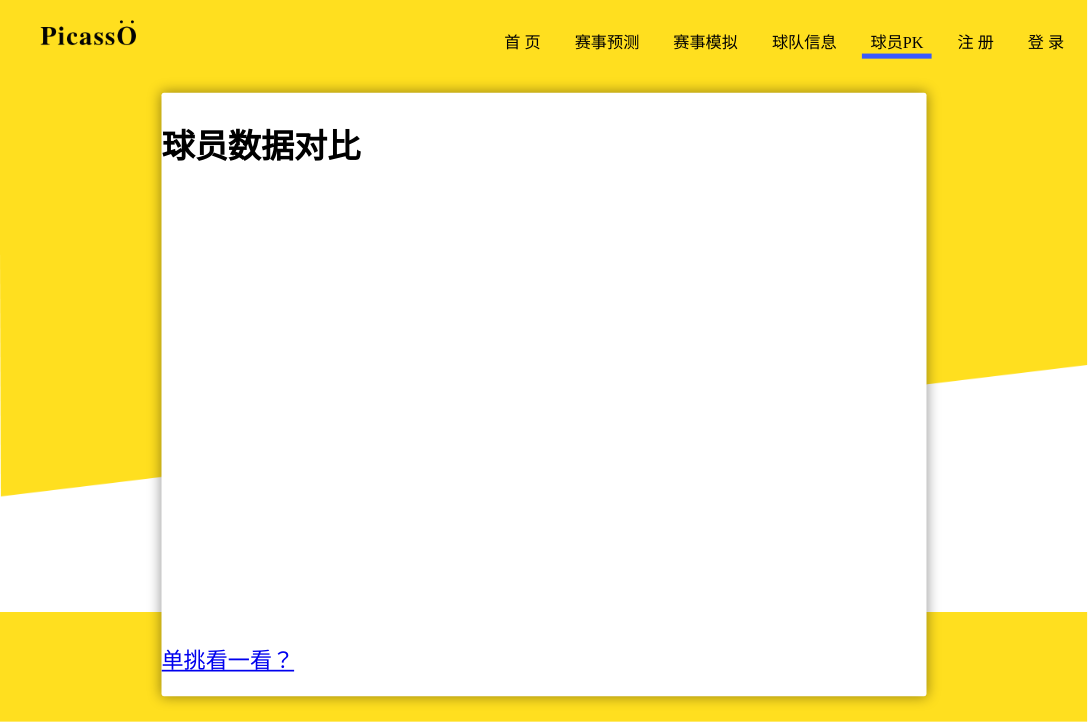
Repository: cciixx/nba-prediction-sys
Page: public/player_PK.html
An editor plug-in stored every save of this project. The page is shown before and after the next save, followed by the edit.
The browser window is 1280 px wide. The pictures show the whole page, at 85% of full size.
The page's requests for data from a server got no answer. Backgrounds fixed to the window are drawn as part of the page.

Above is the page before, as saved 2020-04-03 21:11:05.

After the next save:
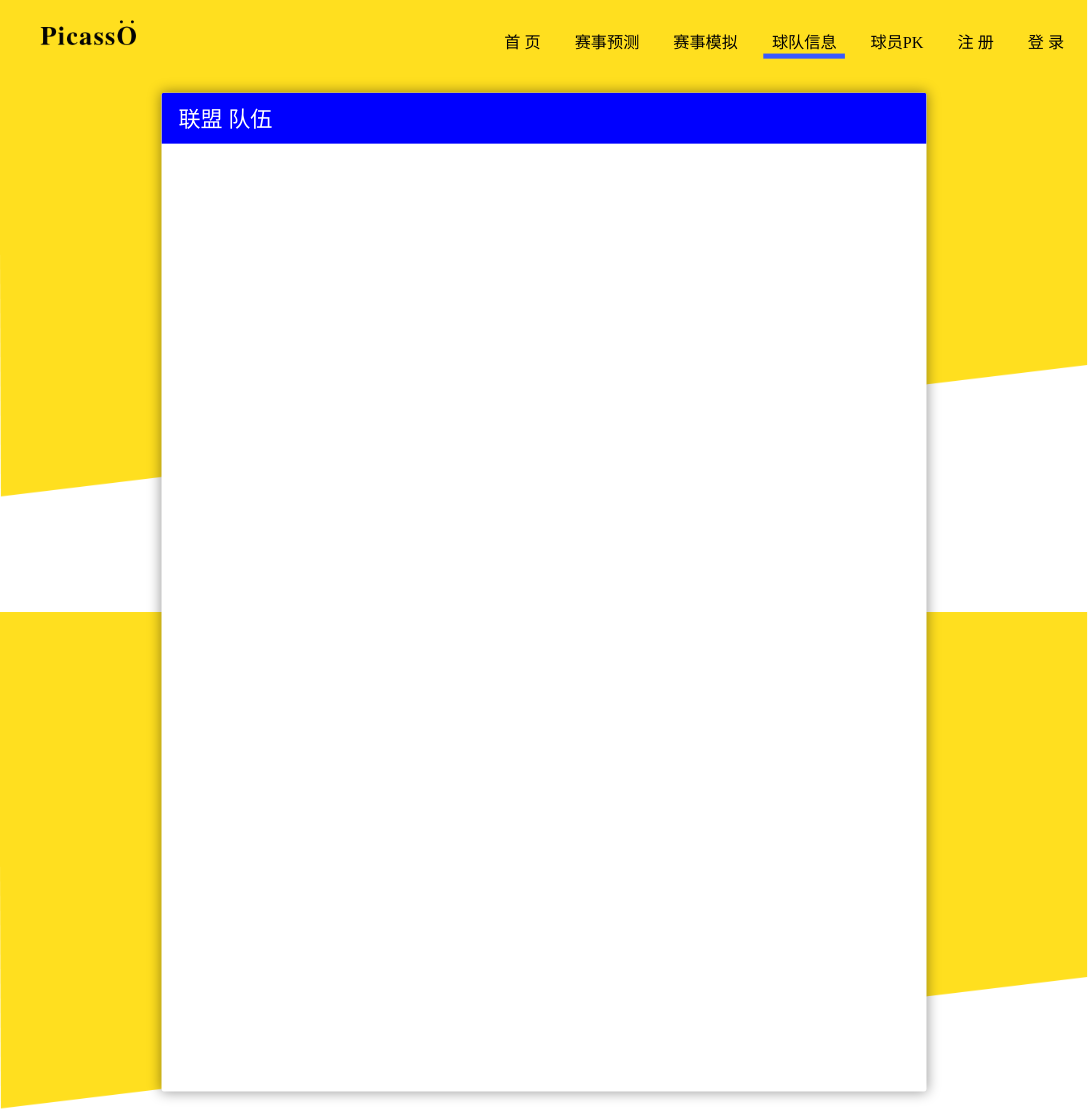
Saved 5 min 52 s later.
--- a/public/player_PK.html
+++ b/public/player_PK.html
@@ -2,10 +2,11 @@
 <html>
 <head>
 <meta charset="utf-8">
-<title>NBA预测系统-球员PK</title>
+<title>NBA预测系统-球队信息</title>
     <link  href="css/navl.css" rel="stylesheet" type="text/css">
-    <link  href="css/player_PK.css" rel="stylesheet" type="text/css">
-    <script  src="JS/echarts.min.js"></script>
+    <link  href="css/team_index.css" rel="stylesheet" type="text/css">
+    <script type="text/javascript" src="./JS/jquery-3.4.1.js"></script>
+    <script type="text/javascript" src="./JS/team_index.js"></script>
 	<style>
 		body{background-image: url(images/half_yellow.png);}
 	</style>
@@ -16,8 +17,8 @@
         <ul class='navl'>
             <li><a href="login.html">登 录</a></li>
             <li><a href="register.html">注 册</a></li>
-            <li style="border-bottom: 6px solid #3a59fd;"><a href="PK_index.html">球员PK</a></li>
-            <li><a href="team.html">球队信息</a></li>
+            <li><a href="PK_index.html">球员PK</a></li>
+            <li style="border-bottom: 6px solid #3a59fd;"><a href="team_index.html">球队信息</a></li>
             <li><a href="live_index.html">赛事模拟</a></li>
             <li><a href="predict.html">赛事预测</a></li>
             <li><a href="first.html">首 页</a></li>
@@ -25,15 +26,8 @@
         </ul></div>
 
         <div class="wrapper">
-            <div class="bg">
-                <h2>球员数据对比</h2>
-                <div class="name">
-                    <div><h3 id="player1_name"></h3></div>
-                    <div><h3 id="player2_name"></h3></div>
-                </div>
-                <div class="chart", id="chartmain"></div>
-                <p><a href="1V1.html" id="jump">单挑看一看？</a></p>
-            </div>
+            <div class="team_bg">
+                <div class="list-title", id='title'><div style="padding: 10px;"><span>联盟 队伍</span></div></div>
         </div>
     </div>
 </body>
